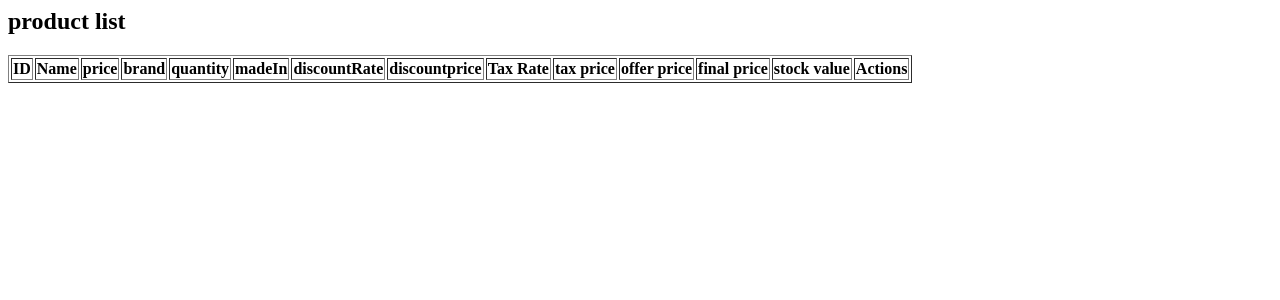
Repository: latha-03/tammina
Page: http://localhost/product-list
An editor plug-in stored every save of this project. The page is shown before and after the next save, followed by the edit.
The browser window is 1280 px wide. The pictures show the whole page.
The page is this project's Thymeleaf template; nobody is signed in. The template is opened directly, without the code that normally fills it, so the values that code supplies are empty.

Above is the page before, as saved 2024-12-21 10:08:55.

### SpringBootMvcproduct/src/main/resources/templates/product-list.html
<html>
	<head>
		<title>product list</title>
	</head>
	<body>
		<div>
			<h2>product list</h2>
			<table border="1">
				<thead>
					<tr>
						<th>ID</th>
						<th>Name</th>
						<th>price</th>
						<th>brand</th>
						<th>quantity</th>
						<th>madeIn</th>
						<th>discountRate</th>
						<th>discountprice</th>
						<th>Tax Rate</th>
						<th>tax price</th>
						<th>offer price</th>
						<th>final price</th>
						<th>stock value</th>
						<th>Actions</th>
					</tr>
					<tbody>
						<tr th:each="product:${products}">
							<td th:text="${product.id}"></td>
							<td th:text="${product.name}"></td>
							<td th:text="${product.brand}"></td>
							<td th:text="${product.madeIn}"></td>
							<td th:text="${product.price}"></td>
							<td th:text="${product.quantity}"></td>
							<td th:text="${product.discountrate}"></td>
							<td th:text="${product.discountprice}"></td>
							<td th:text="${product.taxprice}"></td>
							<td th:text="${product.offerprice}"></td>
							<td th:text="${product.finalprice}"></td>
							<td th:text="${product.stockvalue}"></td>
							<td><a th:href="@{'/delete/'+${product.id}}">Delete</a></td>
						</tr>
					</tbody>
				</thead>
			</table>
		</div>

	</body>
</html>

After the next save:
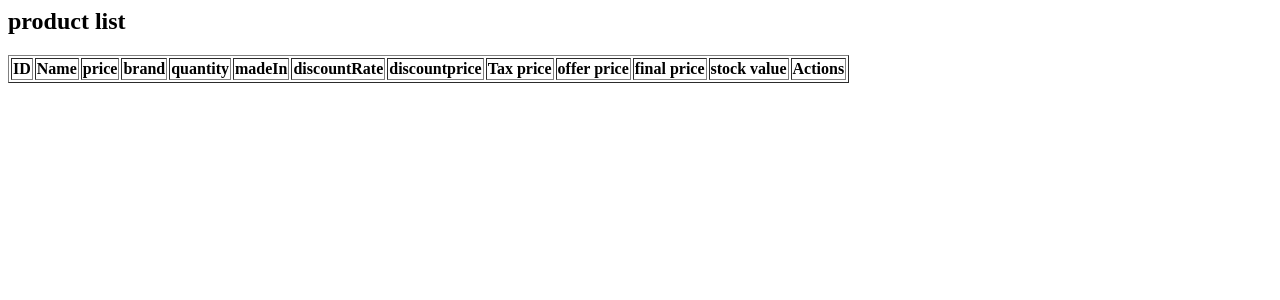
Saved 23 min 1 s later.
--- a/SpringBootMvcproduct/src/main/resources/templates/product-list.html
+++ b/SpringBootMvcproduct/src/main/resources/templates/product-list.html
@@ -16,13 +16,13 @@
 						<th>madeIn</th>
 						<th>discountRate</th>
 						<th>discountprice</th>
-						<th>Tax Rate</th>
-						<th>tax price</th>
+						<th>Tax price</th>
 						<th>offer price</th>
 						<th>final price</th>
 						<th>stock value</th>
 						<th>Actions</th>
 					</tr>
+					</thead>
 					<tbody>
 						<tr th:each="product:${products}">
 							<td th:text="${product.id}"></td>
@@ -40,9 +40,8 @@
 							<td><a th:href="@{'/delete/'+${product.id}}">Delete</a></td>
 						</tr>
 					</tbody>
-				</thead>
+
 			</table>
 		</div>
-
 	</body>
 </html>
